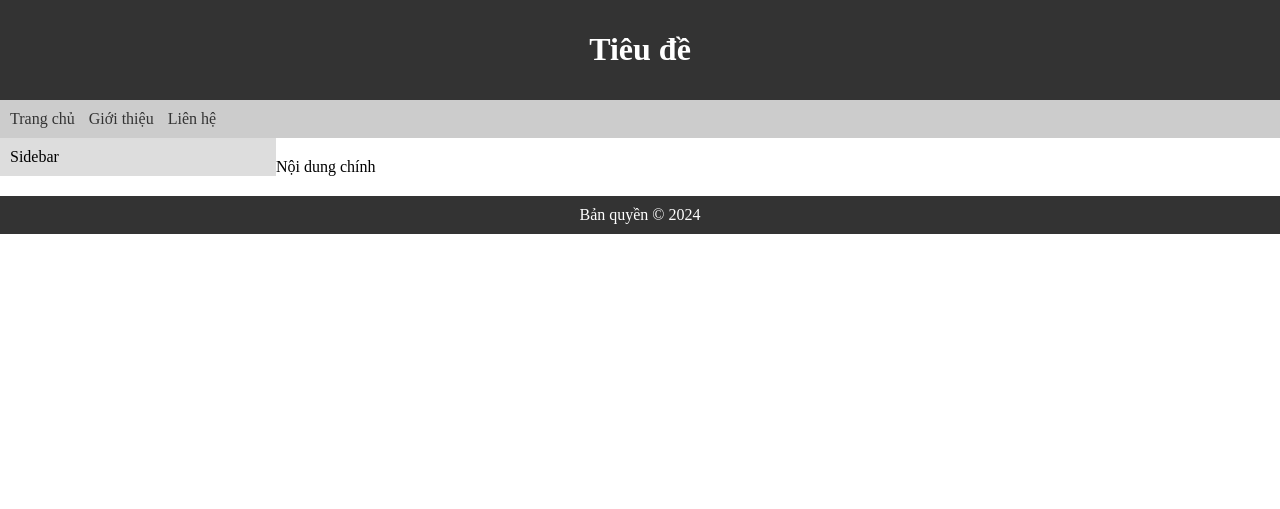
Repository: G1tHub-zer0/BTTH
Page: BTCSS/bai21.html
These files come from the project's save history. The page is drawn as it stood at one moment and after the next save; the edit follows.
The browser window is 1280 px wide. The pictures show the whole page.

Above is the page before, as saved 2024-03-22 20:12:30.

### BTCSS/bai21.html
<!DOCTYPE html>
<html lang='en'>

<head>
    <meta charset='UTF-8'>
    <meta http-equiv='X-UA-Compatible' content='IE=edge'>
    <meta name='viewport' content='width=device-width, initial-scale=1.0'>
    <link rel='stylesheet' href='bai21.css'>
    <title></title>
</head>

<body>
    <!-- Lauout 1, 2, 3 -->
    <header>
        <h1>Tiêu đề</h1>
    </header>
    <nav>
        <ul>
            <li><a href="#">Trang chủ</a></li>
            <li><a href="#">Giới thiệu</a></li>
            <li><a href="#">Liên hệ</a></li>
        </ul>
    </nav>
    <aside>
        Sidebar
    </aside>
    <section>
        Nội dung chính
    </section>
    <footer>
        Bản quyền &copy; 2024
    </footer>

</body>

</html>

### BTCSS/bai21.css
body {
  margin: 0;
  padding: 0;
  box-sizing: border-box;
}
/* Layout 1, 2, 3 */
header {
  background-color: #333;
  color: #fff;
  padding: 10px;
  text-align: center;
}

nav {
  background-color: #ccc;
  padding: 10px;
}

nav ul {
  list-style: none;
  padding: 0;
  margin: 0;
}

nav ul li {
  display: inline-block;
  margin-right: 10px;
}

nav ul li a {
  text-decoration: none;
  color: #333;
}

aside {
  background-color: #ddd;
  padding: 10px;
  float: left;
  width: 20%;
}

section {
  padding: 20px;
  margin-left: 20%;
}

footer {
  background-color: #333;
  color: #fff;
  padding: 10px;
  text-align: center;
}

After the next save:
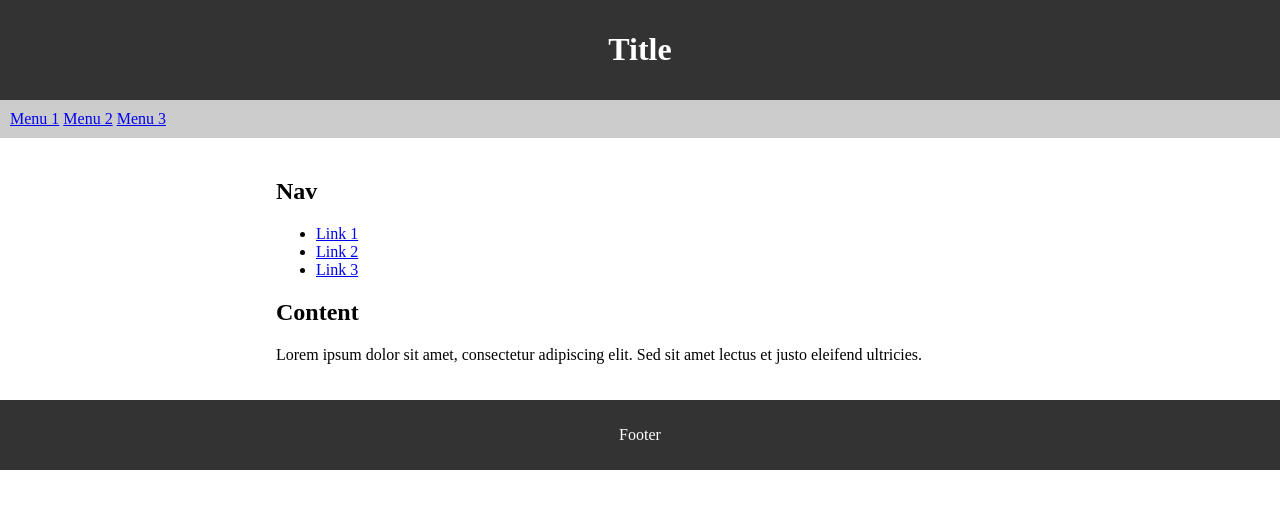
Saved 6 min 39 s later.
--- a/BTCSS/bai21.html
+++ b/BTCSS/bai21.html
@@ -10,25 +10,31 @@
 </head>
 
 <body>
-    <!-- Lauout 1, 2, 3 -->
     <header>
-        <h1>Tiêu đề</h1>
+        <h1>Title</h1>
     </header>
     <nav>
-        <ul>
-            <li><a href="#">Trang chủ</a></li>
-            <li><a href="#">Giới thiệu</a></li>
-            <li><a href="#">Liên hệ</a></li>
-        </ul>
+        <a href="#">Menu 1</a>
+        <a href="#">Menu 2</a>
+        <a href="#">Menu 3</a>
     </nav>
-    <aside>
-        Sidebar
-    </aside>
     <section>
-        Nội dung chính
+        <div class="sidebar">
+            <h2>Nav</h2>
+            <ul>
+                <li><a href="#">Link 1</a></li>
+                <li><a href="#">Link 2</a></li>
+                <li><a href="#">Link 3</a></li>
+            </ul>
+        </div>
+        <div class="content">
+            <h2>Content</h2>
+            <p>Lorem ipsum dolor sit amet, consectetur adipiscing elit. Sed sit amet lectus et justo eleifend ultricies.
+            </p>
+        </div>
     </section>
     <footer>
-        Bản quyền &copy; 2024
+        <p>Footer</p>
     </footer>
 
 </body>
